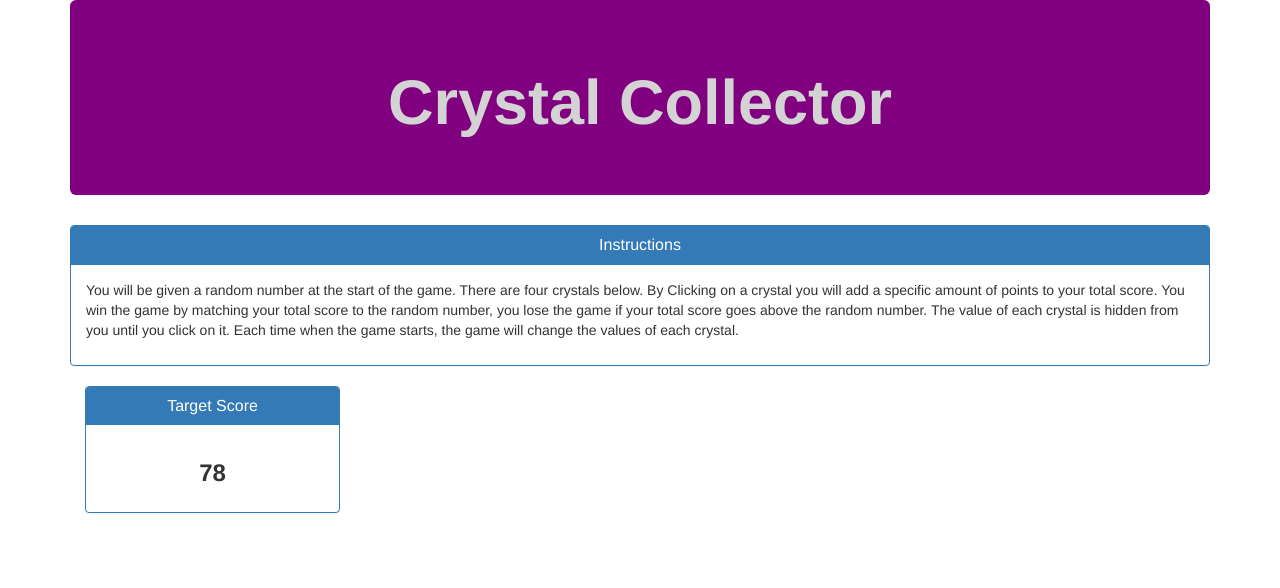
Repository: mikecherry1/week-4-game
Page: index.html
The author's editor kept a copy of each file at every save. The page is drawn from the files as they stood at one save, then again after the next save.
The browser window is 1280 px wide. The pictures show the whole page.

Above is the page before, as saved 2017-11-19 18:33:26.

After the next save:
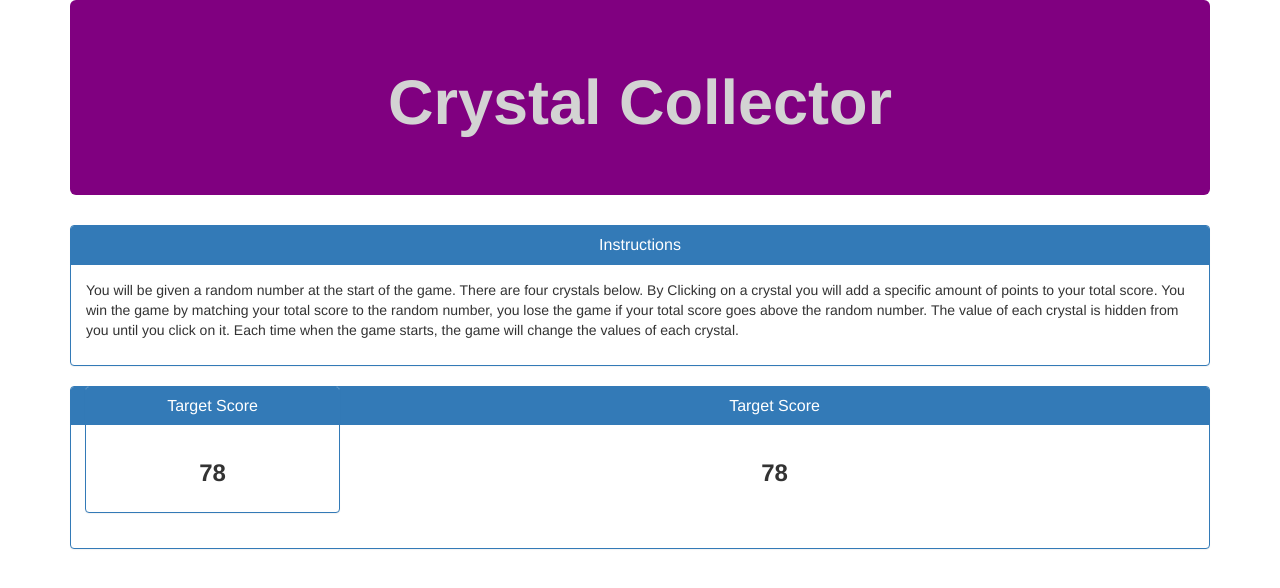
Saved 46 s later.
--- a/index.html
+++ b/index.html
@@ -42,15 +42,23 @@
             </div>
             <div class="panel-body">
                 <h3 class="text-center"><strong>78</strong></h3>
+            </div>
+        </div>
+    </div>
 
-            </div>
-
-
-
+    <div class="panel panel-primary">
+        <div class="panel-heading">
+            <h3 class="panel-title text-center">Target Score</h3>
         </div>
-
+        <div class="panel-body">
+            <h3 class="text-center">
+                <strong>78</strong>
+            </h3>
+        </div>
+    </div>
     </div>
 
 
+    </div>
   </body>
 </html>
